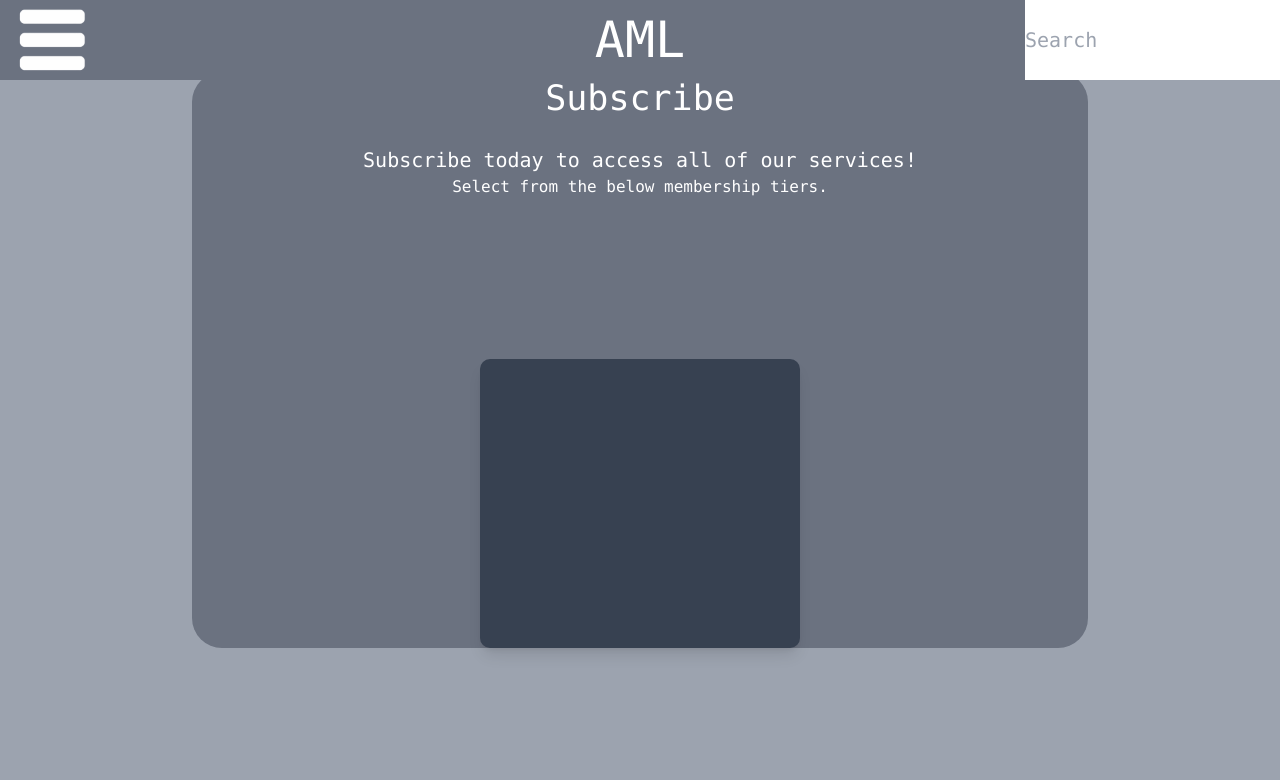
Repository: DuyKhanhDo/AML-Concept
Page: resources/views/subscribe.blade.php
These files come from the project's save history. The page is drawn as it stood at one moment and after a run of saves; the edit follows.
The browser window is 1280 px wide. The pictures show the whole page.
Some web libraries are served in a nearby version. The page is served by the project's Laravel application, run on PHP 8.4 with Laravel 12. The template is opened directly, without the code that normally fills it, so the values that code supplies are empty.

Above is the page before, as saved 2024-11-11 12:59:06.

After the next 2 saves:
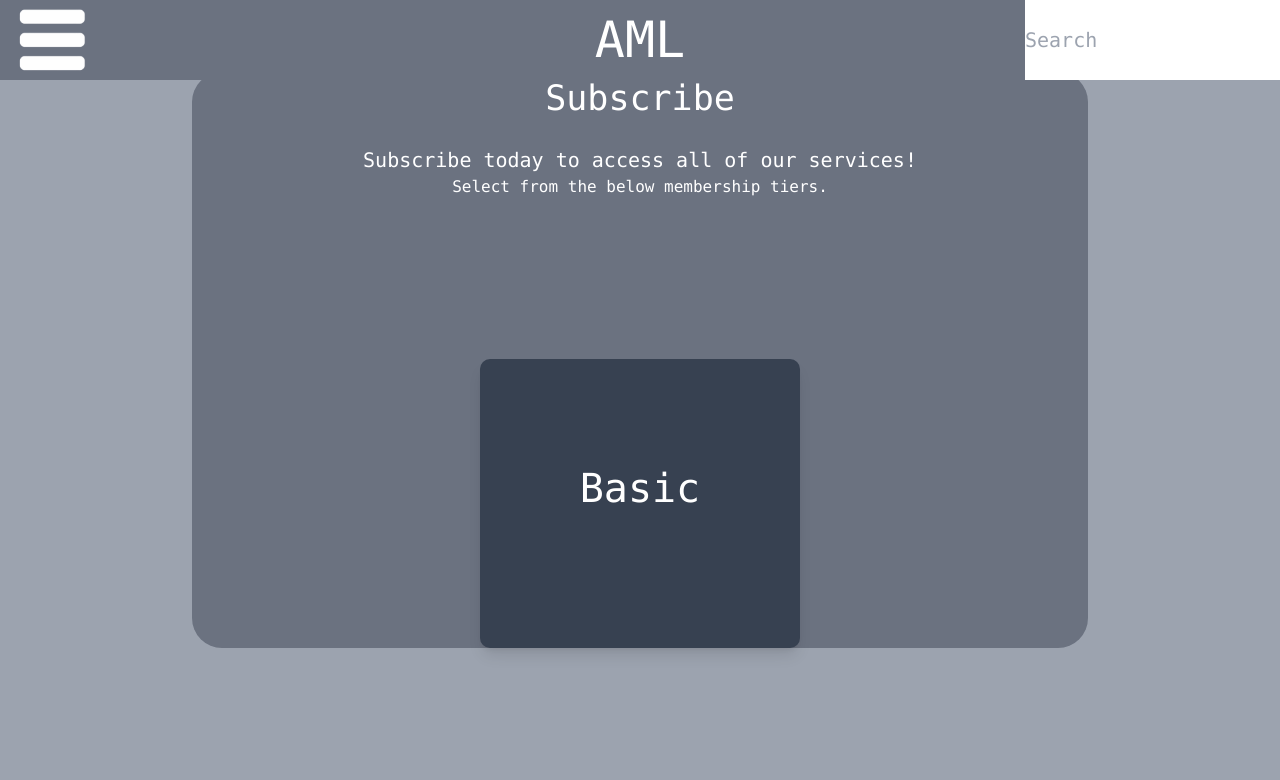
The 2 saves are shown as one change because they came seconds apart.
The last was saved 9 s later.
--- a/resources/views/subscribe.blade.php
+++ b/resources/views/subscribe.blade.php
@@ -5,7 +5,7 @@
                 <h1 class="text-[35px]">Subscribe</h1>
                 <h3 class="text-[20px] mt-[20px]">Subscribe today to access all of our services!</h3>
                 <h5>Select from the below membership tiers.</h5>
-                <x-subscription-tier></x-subscription-tier>
+                <x-subscription-tier tier='Basic' ></x-subscription-tier>
             </div>
         </main>
     </x-slot>
